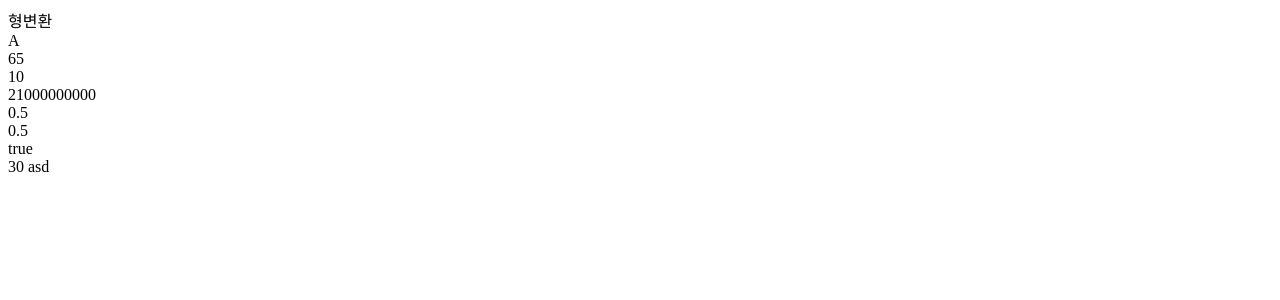
Repository: jeong3/Real_Time_Date
Page: http://localhost/jspGrammar1/Grammar1.jsp
An editor plug-in stored every save of this project. The page is shown before and after the next save, followed by the edit.
The browser window is 1280 px wide. The pictures show the whole page.
The page is served by Tomcat 9.

Above is the page before, as saved 2024-08-30 05:11:01.

After the next save:
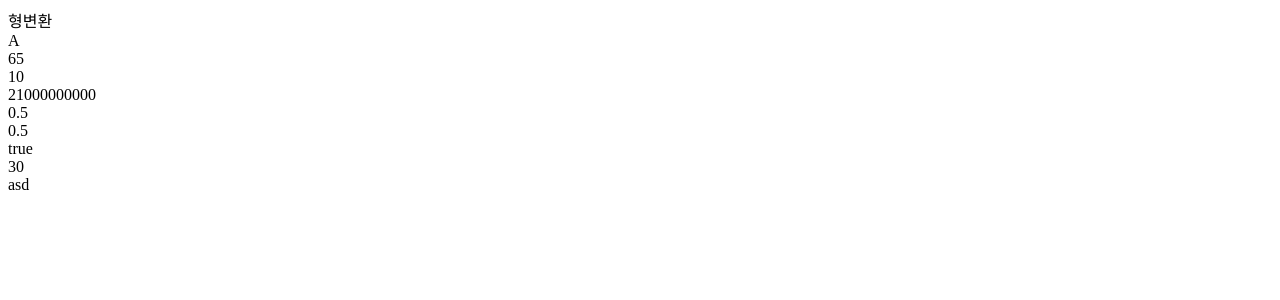
Saved 26 s later.
--- a/eclipse/eclipse-workspace/jspGrammar1/src/main/webapp/Grammar1.jsp
+++ b/eclipse/eclipse-workspace/jspGrammar1/src/main/webapp/Grammar1.jsp
@@ -24,8 +24,8 @@
 	out.print (bl+"<br />");
 	String str = "10";
 	String str1 = "20";
-	out.println(Integer.parseInt(str) + Integer.parseInt(str1));
-	out.println("asd");
+	out.print(Integer.parseInt(str) + Integer.parseInt(str1)+"<br />");
+	out.print("asd");
 	%>
 
 </body>
